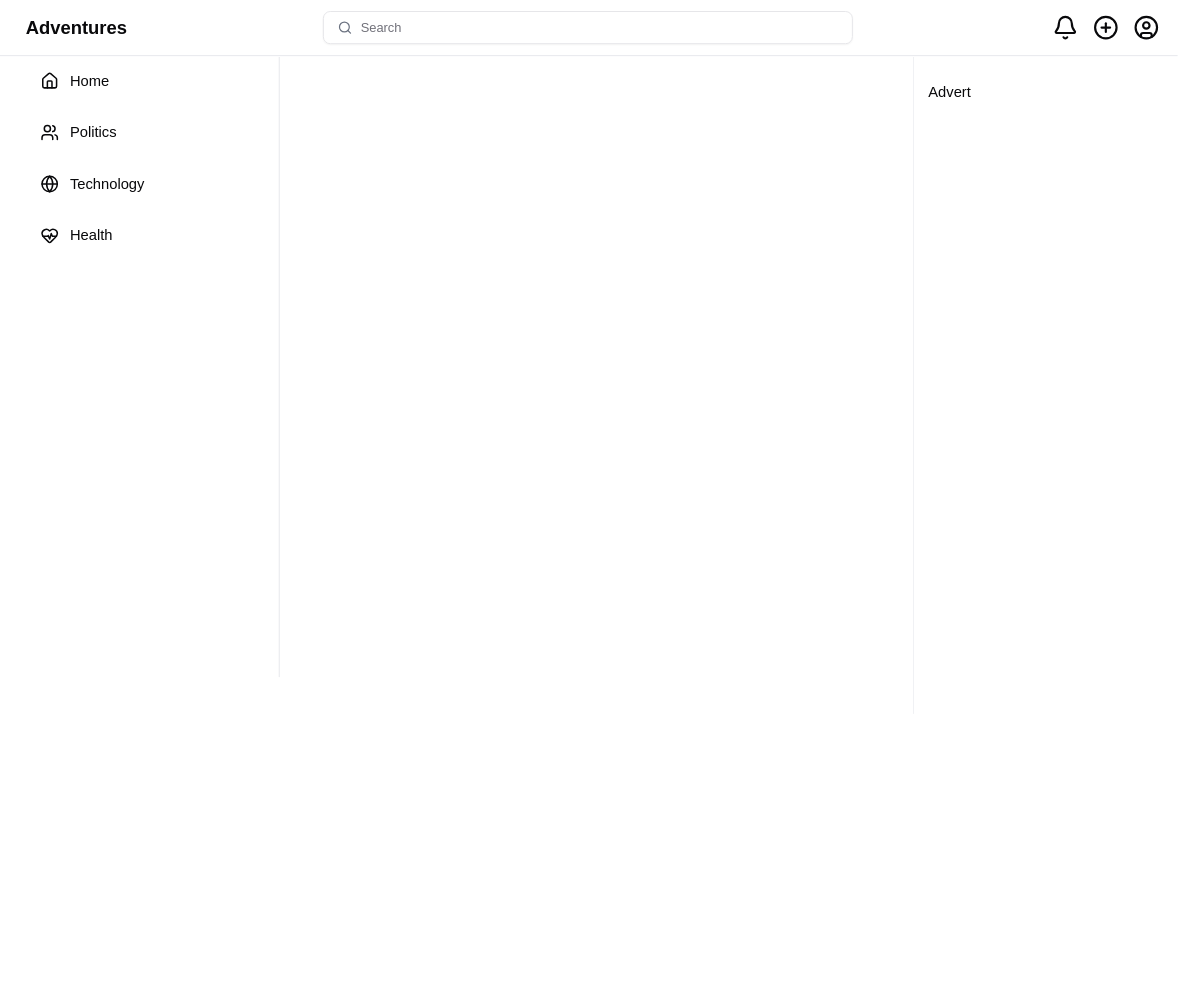
Repository: IssaMuiz/afrixpace-frontend
Page: /
These files come from the project's save history. The page is drawn as it stood at one moment and after the next save; the edit follows.
The browser window is 1280 px wide. The pictures show the whole page, at 92% of full size.
The page's requests for data from a server got no answer. The project was rebuilt for these pictures with package versions that can differ from the ones it lists, and the page was loaded fresh each time. The framework's server and built-in components were replaced by stand-ins that run in the browser. No one was signed in, and anything a server would have sent is missing. Also part of the build but not shown: next.config.ts, components/ui/card.tsx, components/Vote.tsx, components/PostCard.tsx.

Above is the page before, as saved 2025-02-05 14:18:04.

After the next save:
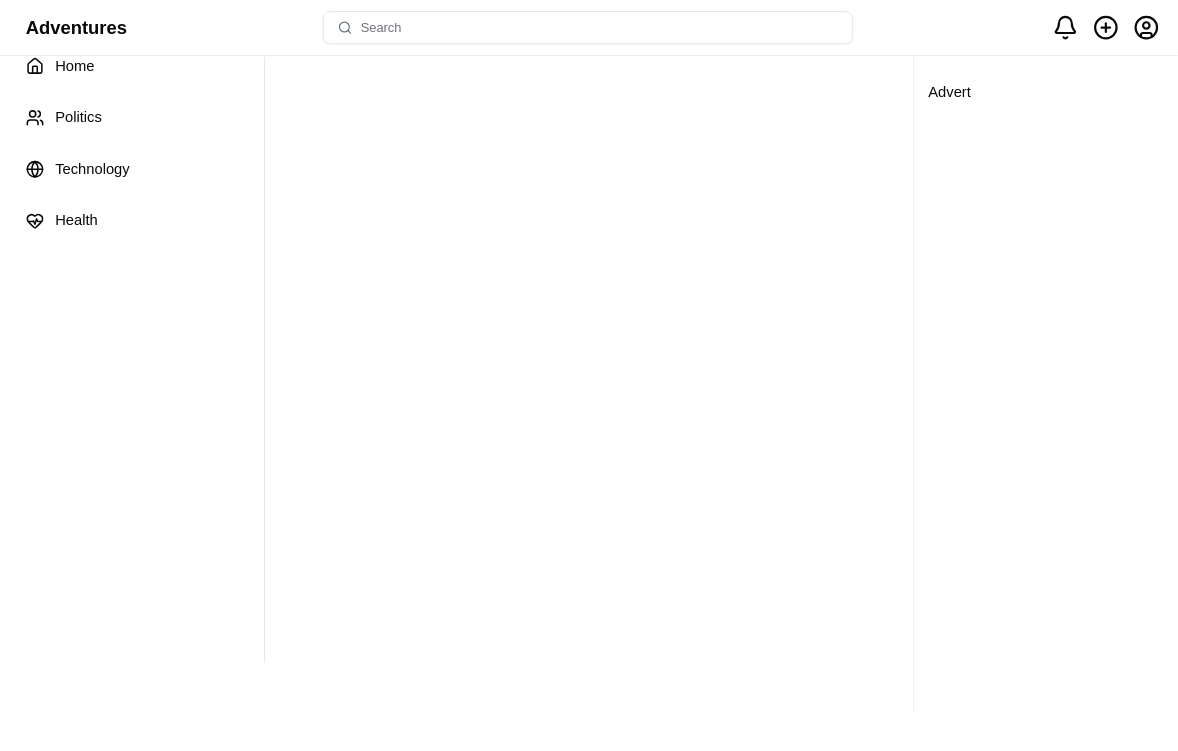
Saved 4 min 5 s later.
--- a/components/Sidebar.tsx
+++ b/components/Sidebar.tsx
@@ -31,17 +31,17 @@ const Sidebar = ({ isOpen, onClose }: SidebarProps) => {
 
   const pathname = usePathname();
   return (
-    <>
+    <aside className="fixed top-0 left-0 bottom-0">
       <div
         className={cn(
           "fixed inset-0 z-40 bg-black/30 transition-opacity xl:hidden",
           isOpen ? "opacity-100 visible" : "opacity-0 invisible"
         )}
       ></div>
-      <aside
+      <div
         ref={sidebarRef}
         className={cn(
-          "fixed top-0 left-0 bottom-0 w-72 border-r bg-white border-gray-200 h-screen dark:bg-gray-900 px-4 pt-12 transition-transform xl:z-0 z-50 xl:relative xl:translate-x-0",
+          " w-72 border-r bg-white border-gray-200 h-screen dark:bg-gray-900 px-4 pt-12 transition-transform xl:z-0 z-50 xl:relative xl:translate-x-0",
           isOpen ? "translate-x-0" : "-translate-x-full"
         )}
       >
@@ -62,8 +62,8 @@ const Sidebar = ({ isOpen, onClose }: SidebarProps) => {
             </li>
           ))}
         </ul>
-      </aside>
-    </>
+      </div>
+    </aside>
   );
 };
 
